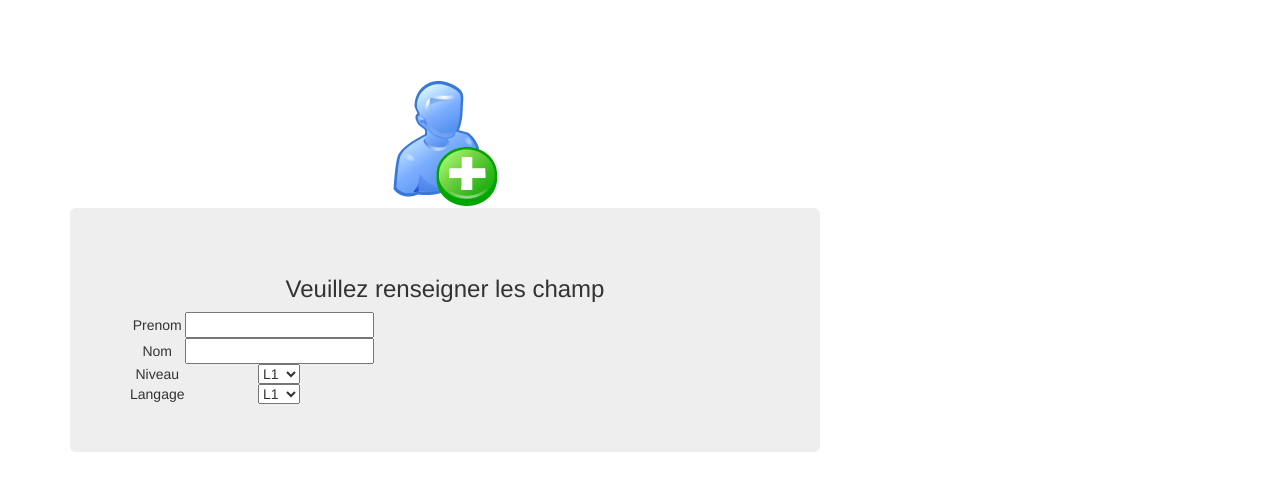
Repository: imouahrani/Gestion-des-stagiaires_JAVAEE
Page: http://localhost/Espace_Stagiaire/test3.jsp
The author's editor kept a copy of each file at every save. The page is drawn from the files as they stood at one save, then again after the next save.
The browser window is 1280 px wide. The pictures show the whole page.
The page is served by Tomcat 9. Other server files are loaded and not shown.

Above is the page before, as saved 2018-07-31 13:52:22.

### Formation Java Entreprise Edition/Espace Stagiaire/WebContent/test3.jsp
<%@ page language="java" contentType="text/html; charset=UTF-8"
	pageEncoding="UTF-8"%>
<!DOCTYPE html PUBLIC "-//W3C//DTD HTML 4.01 Transitional//EN" "http://www.w3.org/TR/html4/loose.dtd">
<html lang="en">
<head>
<meta charset="utf-8">
<meta http-equiv="X-UA-Compatible" content="IE=edge">
<meta name="viewport" content="width=device-width, initial-scale=1">
<!-- The above 3 meta tags *must* come first in the head; any other head content must come *after* these tags -->
<title>Bootstrap 101 Template</title>

<!-- Bootstrap -->
<link href="Assest/css/bootstrap.min.css" rel="stylesheet">

<!-- HTML5 shim and Respond.js for IE8 support of HTML5 elements and media queries -->
<!-- WARNING: Respond.js doesn't work if you view the page via file:// -->
<!--[if lt IE 9]>
      <script src="https://oss.maxcdn.com/html5shiv/3.7.3/html5shiv.min.js"></script>
      <script src="https://oss.maxcdn.com/respond/1.4.2/respond.min.js"></script>
    <![endif]-->
</head>
<body>
	<br>
	<br>
	<br>
	<br>
	<div class="container">

		<div class="row">

			<div class="col-md-8">
				<div class="text-center">

					<img src="Images/add-user.png">


				<form class="form-signin">
					<div class="jumbotron">


						<h3>Veuillez renseigner les champ</h3>
						<table>

							<tr>

								<td>Prenom</td>
								<td><input type="text" name="prenom"></td>
							</tr>

							<tr>

								<td>Nom</td>
								<td><input type="text" name="nom"></td>
							</tr>
							<tr>

								<td>Niveau</td>
								<td><select name="niveau">

										<option>L1</option>
										<option>L2</option>
										<option>L3</option>
										<option>M1</option>


								</select></td>
							</tr>
							<tr>

								<td>Langage</td>
								<td><select name="langage" value="langage">

										<option>L1</option>
										<option>L2</option>
										<option>L3</option>
										<option>M1</option>


								</select></td>
							</tr>





						</table>



				</div>
				</form>

			</div>
			</div>
		</div>
		<div class="col-md-8"></div>


	</div>


	<!-- jQuery (necessary for Bootstrap's JavaScript plugins) -->
	<script
		src="https://ajax.googleapis.com/ajax/libs/jquery/1.12.4/jquery.min.js"></script>
	<!-- Include all compiled plugins (below), or include individual files as needed -->
	<script src="Assets/js/bootstrap.min.js"></script>


</body>
</html>

Loaded but not shown: Formation Java Entreprise Edition/Espace Stagiaire/WebContent/Assets/js/bootstrap.min.js (library); Formation Java Entreprise Edition/Espace Stagiaire/WebContent/Assets/css/bootstrap.min.css (library)

After the next save:
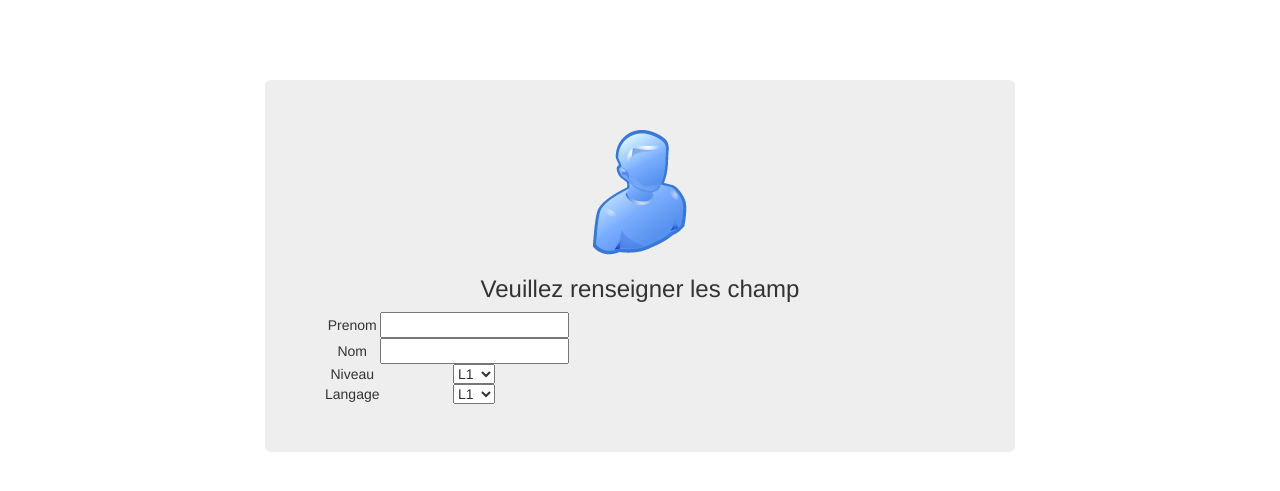
Saved 74 s later.
--- a/Formation Java Entreprise Edition/Espace Stagiaire/WebContent/test3.jsp
+++ b/Formation Java Entreprise Edition/Espace Stagiaire/WebContent/test3.jsp
@@ -26,16 +26,14 @@
 	<br>
 	<div class="container">
 
-		<div class="row">
+		<form class="form-signin">
+			<div class="row">
 
-			<div class="col-md-8">
-				<div class="text-center">
-
-					<img src="Images/add-user.png">
-
-
-				<form class="form-signin">
-					<div class="jumbotron">
+				<div class="col-md-2"></div>
+				<div class="col-md-8">
+				<div class ="jumbotron">
+					<div class="text-center">
+						<img src="Images/user.png">
 
 
 						<h3>Veuillez renseigner les champ</h3>
